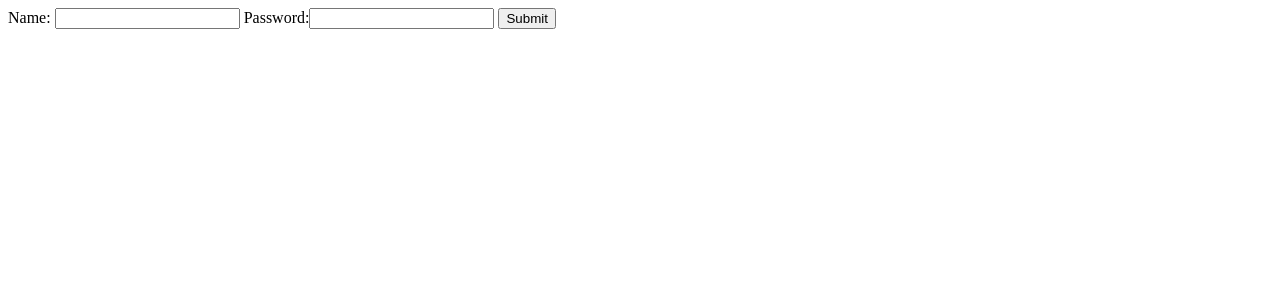
Repository: sumanyurosha/EclipseWorkspace
Page: http://localhost/webapp-project/
The author's editor kept a copy of each file at every save. The page is drawn from the files as they stood at one save, then again after the next save.
The browser window is 1280 px wide. The pictures show the whole page.
The page is served by Tomcat 9.

Above is the page before, as saved 2018-07-19 05:53:33.

After the next save:
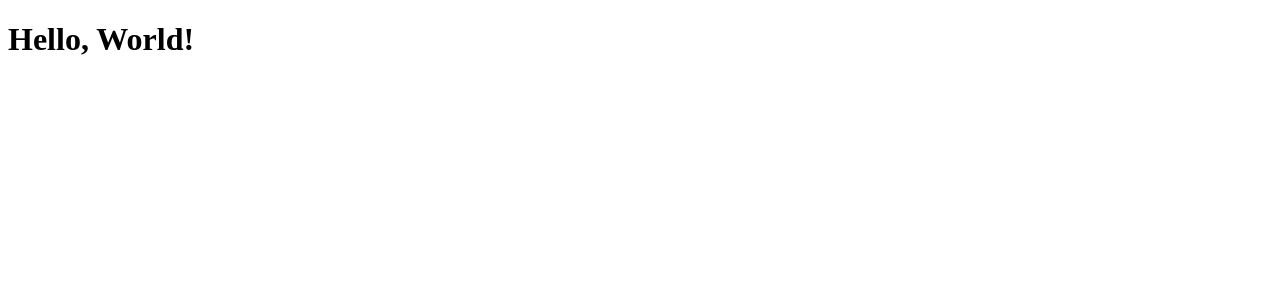
Saved 68 s later.
--- a/webapp-project/src/main/webapp/index.jsp
+++ b/webapp-project/src/main/webapp/index.jsp
@@ -9,10 +9,6 @@
 <body>
 
 
-	<form method="post" action="/log">
-	Name: <input type="text" name="name"/>
-	Password:<input type="password" name="password"/>
-	<input type="submit"/>
-	</form>
+	<h1>Hello, World!</h1>
 </body>
 </html>
